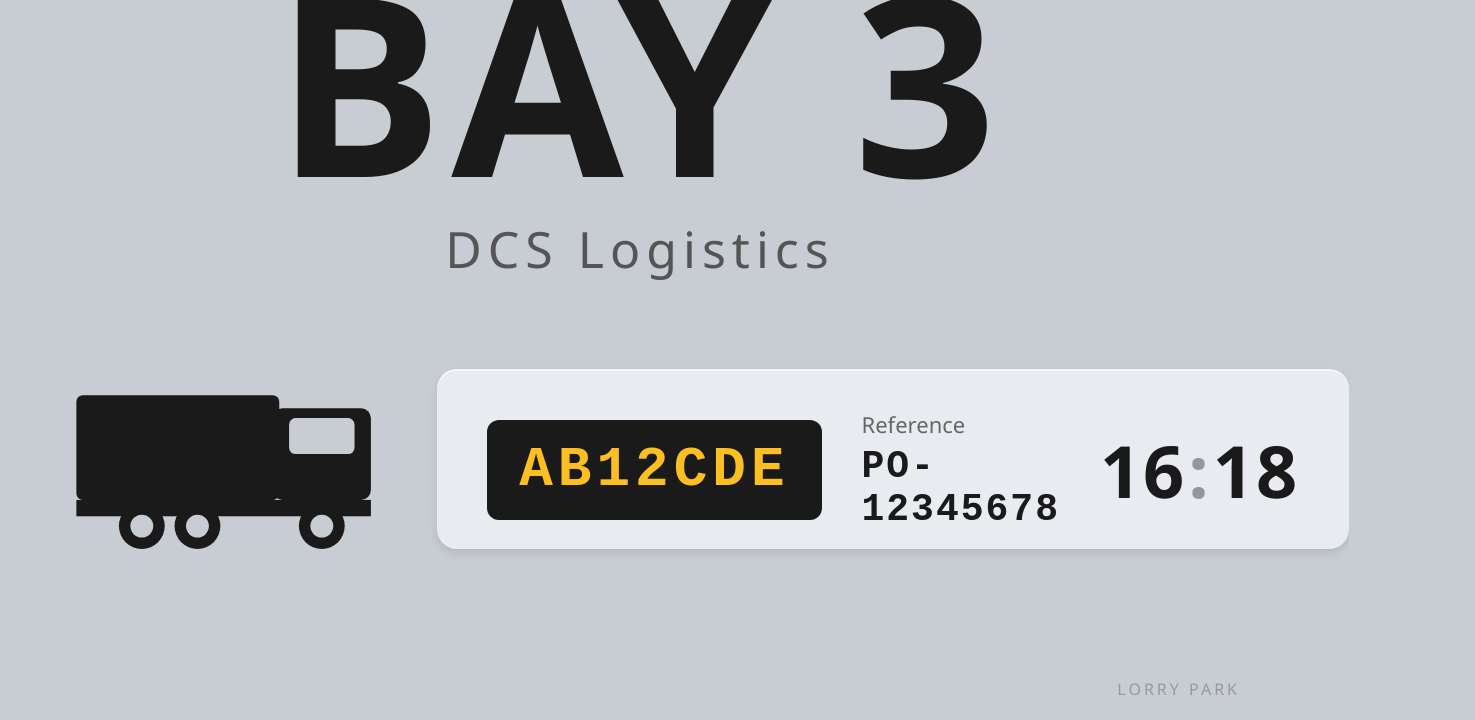
Repository: greenhill32/LRS2-DEV
Page: WIP/Bay3.html
An editor plug-in stored every save of this project. The page is shown before and after the next save, followed by the edit.
The browser window is 1280 px wide. The page is 1349 px wide, then 1475 px, so the pictures cover 1475 px, including what lies to the right of the window. The pictures show the whole page.

Above is the page before, as saved 2025-12-04 15:05:26.

After the next save:
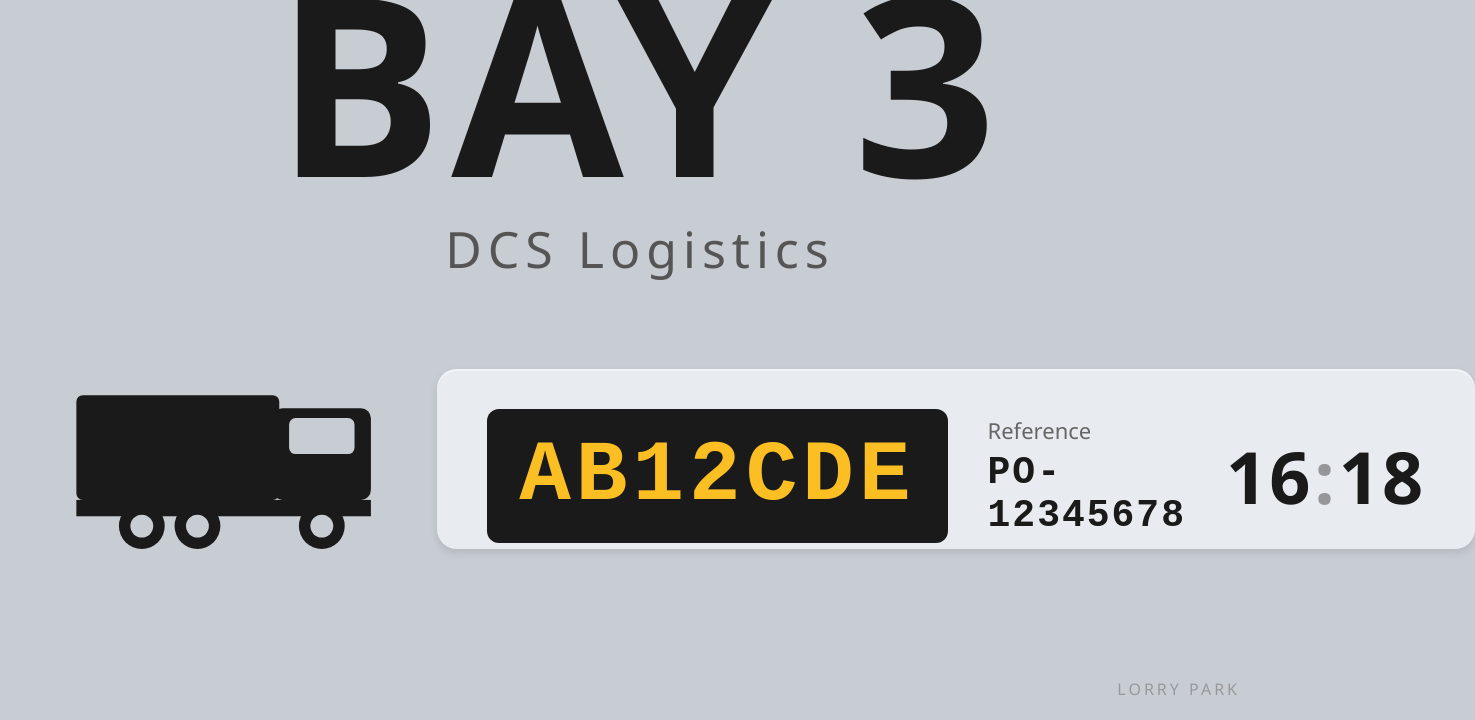
Saved 2 min 37 s later.
--- a/WIP/Bay3.html
+++ b/WIP/Bay3.html
@@ -100,7 +100,7 @@
     .reg-box {
         background: #1a1a1a;
         color: #fbbf24;
-        font-size: 56px;
+        font-size: 86px;
         font-weight: 800;
         padding: 18px 32px;
         border-radius: 12px;
